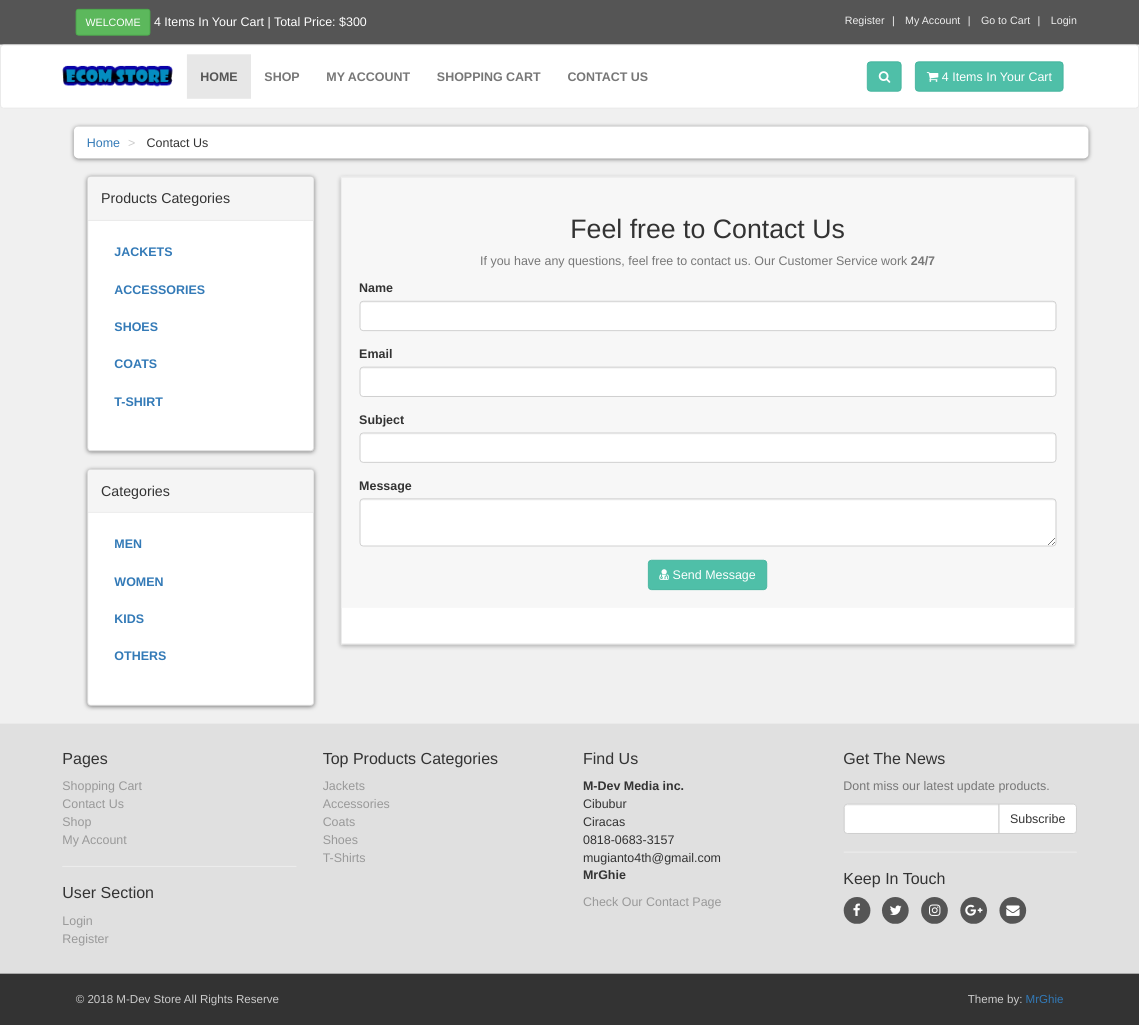
Repository: truonghuynhquy/M_Dev_Store
Page: http://localhost/contact.php
An editor plug-in stored every save of this project. The page is shown before and after the next save, followed by the edit.
The browser window is 1280 px wide. The pictures show the whole page, at 89% of full size.
The page is run by PHP 8.4 with error messages shown; the project is at /var/www/html/.

Above is the page before, as saved 2022-10-02 11:39:52.

### contact.php
<!DOCTYPE html>
<html lang="en">

<head>
    <meta charset="UTF-8">
    <meta http-equiv="X-UA-Compatible" content="IE=edge">
    <meta name="viewport" content="width=device-width, initial-scale=1.0">
    <title>M-Dev Shop</title>
    <link rel="stylesheet" href="styles/bootstrap-337.min.css">
    <link rel="stylesheet" href="styles/style.css">
    <link rel="stylesheet" href="font-awsome/css/font-awesome.min.css">
</head>

<body>
    <div id="top">
        <!--  Top:     Begin  -->

        <div class="container">
            <!--  Container:     Begin  -->
            <div class="col-md-6 offer">
                <!--  col-md-6 offer:     Begin  -->
                <a href="#" class="btn btn-success btn-sm">Welcome</a>
                <a href="checkout.php">4 Items In Your Cart | Total Price: $300</a>
            </div><!--  col-md-6:     Finish  -->

            <div class="col md-6">
                <!--  col-md-6:     Begin  -->

                <ul class="menu">
                    <!--  menu:     Begin  -->
                    <li>
                        <a href="customer_register.php">Register</a>
                    </li>
                    <li>
                        <a href="checkout.php">My Account</a>
                    </li>
                    <li>
                        <a href="cart.php">Go to Cart</a>
                    </li>
                    <li>
                        <a href="checkout.php">Login</a>
                    </li>

                </ul><!--  menu:     Finish  -->

            </div><!--  col-md-6:     Finish  -->

        </div><!--  Container:     Finish  -->

    </div><!--  Top:    Finish  -->

    <div id="navbar" class="navbar navbar-default">
        <!--  navbar navbar-default:    Begin  -->

        <div class="container">
            <!--  container:    Begin  -->

            <div class="nav-header">
                <!--  nav-header:    Begin  -->

                <a href="index.php" class="navbar-brand home">
                    <!-- navbar-brand home Begin -->

                    <img src="images/ecom-store-logo.png" alt="M-dev-Store Logo" class="hidden-xs">
                    <img src="images/ecom-store-logo-mobile.png" alt="M-dev-Store Logo Mobile" class="visible-xs">

                </a><!-- navbar-brand home Finish -->

                <button class="navbar-toggle" data-toggle="collapse" data-target="#navigation">

                    <span class="sr-only">Toggle navigation</span>

                    <i class="fa fa-align-justify"></i>

                </button>

                <button class="navbar-toggle" data-toggle="collapse" data-target="#search">

                    <span class="sr-only">Toggle Search</span>

                    <i class="fa fa-search"></i>

                </button>

            </div><!--  nav-header:    Finish  -->

            <div class="collapse navbar-collapse" id="navigation">
                <!-- navbar-collapse collapse Begin -->

                <div class="padding-nav">
                    <!-- padding-nav Begin -->

                    <ul class="nav navbar-nav left">
                        <!-- nav navbar-nav left Begin -->

                        <li class="active">
                            <a href="index.php">Home</a>
                        </li>
                        <li>
                            <a href="shop.php">Shop</a>
                        </li>
                        <li>
                            <a href="checkout.php">My Account</a>
                        </li>
                        <li>
                            <a href="cart.php">Shopping Cart</a>
                        </li>
                        <li>
                            <a href="contact.php">Contact Us</a>
                        </li>

                    </ul><!-- nav navbar-nav left Finish -->

                </div><!-- padding-nav Finish -->

                <a href="cart.php" class="btn navbar-btn btn-primary right">

                    <!-- btn navbar-btn btn-primary Begin -->

                    <i class="fa fa-shopping-cart"></i>

                    <span>4 Items In Your Cart</span>

                </a><!-- btn navbar-btn btn-primary Finish -->

                <div class="navbar-collapse collapse right">
                    <!-- navbar-collapse collapse right Begin -->

                    <button class="btn btn-primary navbar-btn" type="button" data-toggle="collapse" data-target="#search">
                        <!-- btn btn-primary navbar-btn Begin -->

                        <span class="sr-only">Toggle Search</span>

                        <i class="fa fa-search"></i>

                </div><!-- navbar-collapse collapse right Finish -->

                <div class="collapse clearfix" id="search">
                    <!-- collapse clearfix Begin -->

                    <form method="get" action="results.php" class="navbar-form">
                        <!-- navbar-form Begin -->

                        <div class="input-group">
                            <!-- input-group Begin -->

                            <input type="text" class="form-control" placeholder="Search" name="user_query" required>

                            <span class="input-group-btn">
                                <!-- input-group-btn Begin -->

                                <button type="submit" name="search" value="Search" class="btn btn-primary">
                                    <!-- btn btn-primary Begin -->

                                    <i class="fa fa-search"></i>

                                </button><!-- btn btn-primary Finish -->

                            </span><!-- input-group-btn Finish -->

                        </div><!-- input-group Finish -->

                    </form><!-- navbar-form Finish -->

                </div><!-- collapse clearfix Finish -->

            </div><!-- navbar-collapse collapse Finish -->

        </div><!--  container:    Finish  -->

    </div><!--  navbar navbar-default:    Finish  -->

    <div id="content">
        <!-- #content Begin -->

        <div class="container">
            <!-- #container Begin -->

            <div class="co-md-12">
                <!-- col-md-12 Begin -->

                <ul class="breadcrumb">
                    <!-- breadcrumb Begin -->
                    <li>
                        <a href="index.html">Home</a>
                    </li>
                    <li>
                        Contact Us
                    </li>
                </ul><!-- breadcrumb Finish -->

            </div><!-- col-md-12 Finish -->

            <div class="col-md-3">
                <!-- col-md-3 Begin -->

                <?php

                include("includes/sidebar.php");

                ?>

            </div><!-- col-md-3 Finish -->

            <div class="col-md-9">
                <!-- col-md-9 Begin -->

                <div class="box">
                    <!-- box Begin -->

                    <div class="box-header">
                        <!-- box-header Begin -->

                        <center>
                            <!-- center Begin -->

                            <h2>Feel free to Contact Us</h2>

                            <p class="text-muted">

                                If you have any questions, feel free to contact us. Our Customer Service work <strong>24/7</strong>
                            </p>

                        </center><!-- center Finish -->

                        <form action="contact.php" method="post">
                            <!-- form Begin -->

                            <div class="form-group">
                                <!-- form-group Begin -->

                                <label>Name</label>

                                <input type="text" class="form-control" name="name" required>

                            </div><!-- form-group Finish -->

                            <div class="form-group">
                                <!-- form-group Begin -->

                                <label>Email</label>

                                <input type="text" class="form-control" name="email" required>

                            </div><!-- form-group Finish -->

                            <div class="form-group">
                                <!-- form-group Begin -->

                                <label>Subject</label>

                                <input type="text" class="form-control" name="subject" required>

                            </div><!-- form-group Finish -->

                            <div class="form-group">
                                <!-- form-group Begin -->

                                <label>Message</label>

                                <textarea name="message" class="form-control"></textarea>

                            </div><!-- form-group Finish -->

                            <div class="text-center">
                                <!-- text-center Begin -->

                                <button type="submit" name="submit" class="btn btn-primary">

                                    <i class="fa fa-user-md"></i>   Send Message

                                </button>

                            </div><!-- text-center Finish -->

                        </form><!-- form Finish -->

                    </div><!-- box-header Finish -->

                </div><!-- box Finish -->

            </div><!-- col-md-9 Finish -->

        </div><!-- #container Finish -->

    </div><!-- #content Finish -->

    <?php

    include("includes/footer.php");

    ?>

    <script src="js/jquery-331.min.js"></script>
    <script src="js/bootstrap-337.min.js"></script>


</body>

</html>

### includes/sidebar.php
<div class="panel panel-default sidebar-menu">
    <!-- panel panel-default sidebar-menu Begin -->

    <div class="panel-heading">
        <!-- panel-heading Begin -->

        <h3 class="panel-title">Products Categories</h3>

    </div><!-- panel-heading Finish -->

    <div class="panel-body">
        <!-- panel-body Begin -->

        <ul class="nav nav-pills nav-stacked category-menu">
            <!-- nav nav-pills nav-stacked category-menu Begin -->

            <li><a href="#">Jackets</a></li>
            <li><a href="#">Accessories</a></li>
            <li><a href="#">Shoes</a></li>
            <li><a href="#">Coats</a></li>
            <li><a href="#">T-Shirt</a></li>

        </ul><!-- nav nav-pills nav-stacked category-menu Finish -->

    </div><!-- panel-body Finish -->

</div><!-- panel panel-default sidebar-menu Finish -->

<div class="panel panel-default sidebar-menu">
    <!-- panel panel-default sidebar-menu Begin -->

    <div class="panel-heading">
        <!-- panel-heading Begin -->

        <h3 class="panel-title">Categories</h3>

    </div><!-- panel-heading Finish -->

    <div class="panel-body">
        <!-- panel-body Begin -->

        <ul class="nav nav-pills nav-stacked category-menu">
            <!-- nav nav-pills nav-stacked category-menu Begin -->

            <li><a href="#">Men</a></li>
            <li><a href="#">Women</a></li>
            <li><a href="#">Kids</a></li>
            <li><a href="#">Others</a></li>

        </ul><!-- nav nav-pills nav-stacked category-menu Finish -->

    </div><!-- panel-body Finish -->

</div><!-- panel panel-default sidebar-menu Finish -->

### includes/footer.php
<div id="footer">
    <!-- #footer Begin -->

    <div class="container">
        <!-- container Begin -->

        <div class="row">
            <!-- row Begin -->

            <div class="col-sm-6 col-md-3">
                <!-- col-sm-6 col-md-3 Begin -->

                <h4>Pages</h4>

                <ul>
                    <!-- ul Begin -->
                    <li><a href="cart.php">Shopping Cart</a></li>
                    <li><a href="contact.php">Contact Us</a></li>
                    <li><a href="shop.php">Shop</a></li>
                    <li><a href="checkout.php">My Account</a></li>
                </ul><!-- ul Finish -->

                <hr>

                <h4>User Section</h4>

                <ul>
                    <!-- ul Begin -->
                    <li><a href="checkout.php">Login</a></li>
                    <li><a href="customer_register.php">Register</a></li>
                </ul><!-- ul Finish -->

                <hr class="hidden-md hidden-lg hidden-sm">

            </div><!-- col-sm-6 col-md-3 Finish -->

            <div class="com-sm-6 col-md-3">
                <!-- col-sm-6 col-md-3 Begin -->

                <h4>Top Products Categories</h4>

                <ul>
                    <!-- ul Begin -->
                    <li><a href="#">Jackets</a></li>
                    <li><a href="#">Accessories</a></li>
                    <li><a href="#">Coats</a></li>
                    <li><a href="#">Shoes</a></li>
                    <li><a href="#">T-Shirts</a></li>
                </ul><!-- ul Finish -->

                <hr class="hidden-md hidden-lg">

            </div><!-- col-sm-6 col-md-3 Finish -->

            <div class="col-sm-6 col-md-3">
                <!-- col-sm-6 col-md-3 Begin -->

                <h4>Find Us</h4>

                <p>
                    <!-- p Start -->

                    <strong>M-Dev Media inc.</strong>
                    <br />Cibubur
                    <br />Ciracas
                    <br />0818-0683-3157
                    <br />mugianto4th@gmail.com
                    <br /><strong>MrGhie</strong>

                </p><!-- p Finish -->

                <a href="contact.php">Check Our Contact Page</a>

                <hr class="hidden-md hidden-lg">

            </div><!-- col-sm-6 col-md-3 Finish -->

            <div class="col-sm-6 col-md-3">

                <h4>Get The News</h4>

                <p class="text-muted">
                    Dont miss our latest update products.
                </p>

                <form action="" method="post">
                    <!-- form begin -->
                    <div class="input-group">
                        <!-- input-group begin -->

                        <input type="text" class="form-control" name="email">

                        <span class="input-group-btn">
                            <!-- input-group-btn begin -->

                            <input type="submit" value="Subscribe" class="btn btn-default">

                        </span><!-- input-group-btn Finish -->

                    </div><!-- input-group Finish -->

                </form><!-- form Finish -->

                <hr>

                <h4>Keep In Touch</h4>

                <p class="social">
                    <a href="#" class="fa fa-facebook"></a>
                    <a href="#" class="fa fa-twitter"></a>
                    <a href="#" class="fa fa-instagram"></a>
                    <a href="#" class="fa fa-google-plus"></a>
                    <a href="#" class="fa fa-envelope"></a>
                </p>

            </div><!-- col-sm-6 col-md-3 Finish -->

        </div><!-- row Finish -->

    </div><!-- container Finish -->

</div><!-- #footer Finish -->

<div id="copyright">
    <!-- #copyright Begin -->

    <div class="container">
        <!-- container Begin -->

        <div class="col-md-6">
            <!-- col-md-6 Begin -->

            <p class="pull-left">&copy; 2018 M-Dev Store All Rights Reserve</p>

        </div><!-- col-md-6 Finish -->

        <div class="col-md-6">
            <!-- col-md-6 Begin -->

            <p class="pull-right">Theme by: <a href="#">MrGhie</a></p>

        </div><!-- col-md-6 Finish -->

    </div><!-- container Finish -->

</div><!-- #copyright Finish -->

### styles/style.css
/* General Styles */

body {
    font-size: 14px;
    line-height: 1.42857143;
    color: #333333;
    background: #f0f0f0;
    overflow-x: hidden;
}

/* Top Styles */

#top {
    background: #555555;
    padding: 10px 0;
}
#top .offer {
    color: #ffffff;
}
#top .offer .btn {
    text-transform: uppercase;
}
@media (max-width: 991px) {
    #top .offer {
        margin-bottom: 10px;
    }
}
@media (max-width: 991px) {
    #top {
        font-size: 12px;
        text-align: center;
    }
}
#top a {
    color: #ffffff;
}
#top ul.menu {
    padding-top: 5px;
    margin: 0px;
    text-align: right;
    font-size: 12px;
    list-style: none;
}
@media (max-width: 991px) {
    #top ul.menu {
        text-align: center;
    }
}
#top ul.menu > li {
    display: inline-block;
}
#top ul.menu > li a {
    color: #eeeeee;
}
#top ul.menu > li + li:before {
    content: "|\00a0";
    color: #f7f7f7;
    padding: 0 5px;
}

/* Header Styles */

.navbar {
    background: #ffffff;
}
.navbar-collapse .right {
    float: right;
}
.navbar-brand {
    float: left;
    padding: 10px 15px;
    font-size: 18px;
    line-height: 20px;
    height: 70px;
}
.navbar-brand:hover,
.navbar-brand:focus {
    text-decoration: none;
}
.navbar ul.nav > li > a {
    text-transform: uppercase;
    font-weight: bold;
    font-size: 14px;
}
.navbar ul.nav > li > a:hover {
    background: #e7e7e7;
}
.padding-nav {
    padding-top: 10px;
}
.btn-primary {
    color: rgb(255, 255, 255);
    background: rgb(79, 191, 168);
    border-color: rgb(65, 179, 156);
}
#search .navbar-form {
    float: right;
}
#search {
    clear: both;
    border-top: solid 1px #9adacd;
    text-align: right;
}
#search .navbar-form .input-group {
    display: table;
}
#search .navbar-form .input-group .form-control {
    width: 100%;
}
#slider {
    margin-bottom: 40px;
}

/* advantages Styles */

#advantages {
    text-align: center;
}
.box {
    background: #ffffff;
    margin: 0 0 30px;
    border: solid 1px #e6e6e6;
    box-sizing: border-box;
    padding: 20px;
    box-shadow: 0px 2px 5px rgba(0, 0, 0, 0.3);
}
#advantages .box .icon {
    position: absolute;
    font-size: 120px;
    width: 100%;
    text-align: center;
    top: -20px;
    left: 0px;
    height: 100%;
    float: left;
    color: #dadada;
    box-sizing: border-box;
    z-index: 1;
}
#advantages .box h3 {
    position: relative;
    margin: 0 0 20px;
    font-weight: 300;
    text-transform: uppercase;
    z-index: 2;
}
#advantages .box h3 a {
    color: #4fbfa8;
}
#advantages .box h3 a:hover {
    text-decoration: none;
}
#advantages .box p {
    position: relative;
    z-index: 2;
    color: #555555;
}

/* Latest Products Styles */

#hot h2 {
    font-size: 36px;
    font-weight: 400;
    color: #4fbfa8;
    text-align: center;
    text-transform: uppercase;
}
#content {
    padding-left: 25px;
}
.single{
    width: 290px;
}
@media (max-width: 768px) {
    .single {
        width: 60%;
        margin: 0 auto;
    }
}
#content .product {
    background: #ffffff;
    border: solid 1px #e6e6e6;
    margin-bottom: 30px;
    box-sizing: border-box;
}
#content .product .text {
    padding: 10px 10px 0px;
}
#content .product .text p.price {
    font-size: 18px;
    text-align: center;
    font-weight: 400;
}
#content .product .text h3 {
    text-align: center;
    font-size: 20px;
}
#content .product .text .button {
    text-align: center;
    clear: both;
}
#content .product .text .button .btn {
    margin-bottom: 10px;
}
#content .product .text h3 a {
    color: rgb(85, 85, 85);
}

/*  Breadcrumb Styles  */

.breadcrumb {
    padding: 8px 15px;
    margin-bottom: 20px;
    background: #ffffff;
    border-radius: 5px;
    box-shadow: 0px 1px 5px rgba(0, 0, 0, 0.5);
}
.breadcrumb > li + li:before {
    content: ">\00a0";
    color: #cccccc;
}
@media (max-width: 991px) {
    .breadcrumb {
        padding: 8px 0px;
        text-align: center;
    }
}

/*  Products Categories & Categories Styles */

#content .panel.sidebar-menu {
    box-sizing: border-box;
    box-shadow: 0px 1px 5px rgba(0, 0, 0, 0.5);
}
#content .panel.sidebar-menu ul.nav.category-menu {
    margin-bottom: 20px;
}
#content .panel.sidebar-menu ul.nav.category-menu li a {
    text-transform: uppercase;
    font-weight: 600;
}
#content .panel.sidebar-menu h3 {
    padding: 5px 0px;
    margin: 0px;
}

/*  Shop Products Tyles  */

@media (max-width: 768px) {
    .center-responsive {
        width: 70%;
        margin: 0px auto;
    }
}
@media (max-width: 550px) {
    .center-responsive {
        width: 95%;
        margin: 0px auto;
    }
}

/*  Details.php Styles */

#content #productMain{
    margin-bottom: 30px;
}
#content #productMain .price{
    font-size: 30px;
    font-weight: 300;
    text-align: center;
    margin-top: 30px;
}
#content #mainImage{
    box-shadow: 0px 1px 5px rgba(0, 0, 0, .7);
}
#content #thumbs a{
    display: block;
    box-shadow: 0px 1px 5px rgba(0, 0, 0, .5);
    border: 2px solid transparent;
}
#content .headline{
    height: 305px;
}

/*  Cart.php Styles  */

#content #cart .table tbody tr td img{
    width: 50px;
}
#content #cart .table tbody tr td input{
    width: 40px;
    text-align: right;
}
#content #cart .table tbody tr td{
    vertical-align: middle;
}
#content #cart .table tfoot{
    font-size: 18px;
}
.box .box-footer{
    background-color: #f7f7f7;
    margin: 30px -20px 20px;
    padding: 20px;
    border-top: 1px solid #eeeeee;
}
.box .box-footer:before,
.box .box-footer:after{
    content: "";
    display: table;
}
.box .box-footer:after{
    clear: both;
}
.box .box-header{
    background-color: #f7f7f7;
    margin: -20px -20px 20px;
    padding: 20px;
    border-top: 1px solid #eeeeee;
}
#content #order-summary table{
    margin-top: 20px;
}
#content #order-summary table td{
    color: #999999;
}
#content #order-summary table tr.total td,
#content #order-summary table tr.total th{
    font-size: 18px;
    color: #555555;
    font-weight: 700;
}






/*  Footer Styles  */

#footer {
    background: #e0e0e0;
    padding: 20px 0;
}
#footer a {
    color: #999999;
    padding: 0;
    text-decoration: none;
}
#footer a:hover {
    color: #666666;
}
#footer ul {
    list-style: none;
    padding-left: 0px;
}
#footer .social {
    text-align: left;
}
#footer .social a {
    margin: 0px 10px 0px 0px;
    display: inline-block;
    color: #ffffff;
    width: 30px;
    height: 30px;
    border-radius: 15px;
    line-height: 30px;
    font-size: 15px;
    text-align: center;
    vertical-align: bottom;
    background: #555555;
    text-decoration: none;
}
#footer .social a:hover {
    color: #dedede;
    background: #777777;
}

/*  Copyright Styles  */

#copyright {
    background: #333333;
    color: #cccccc;
    padding: 20px 0px;
    font-size: 13px;
}
#copyright p {
    margin: 0px;
}

Loaded but not shown: styles/bootstrap-337.min.css (library); font-awsome/css/font-awesome.min.css (library); js/jquery-331.min.js (library); js/bootstrap-337.min.js (library)

After the next save:
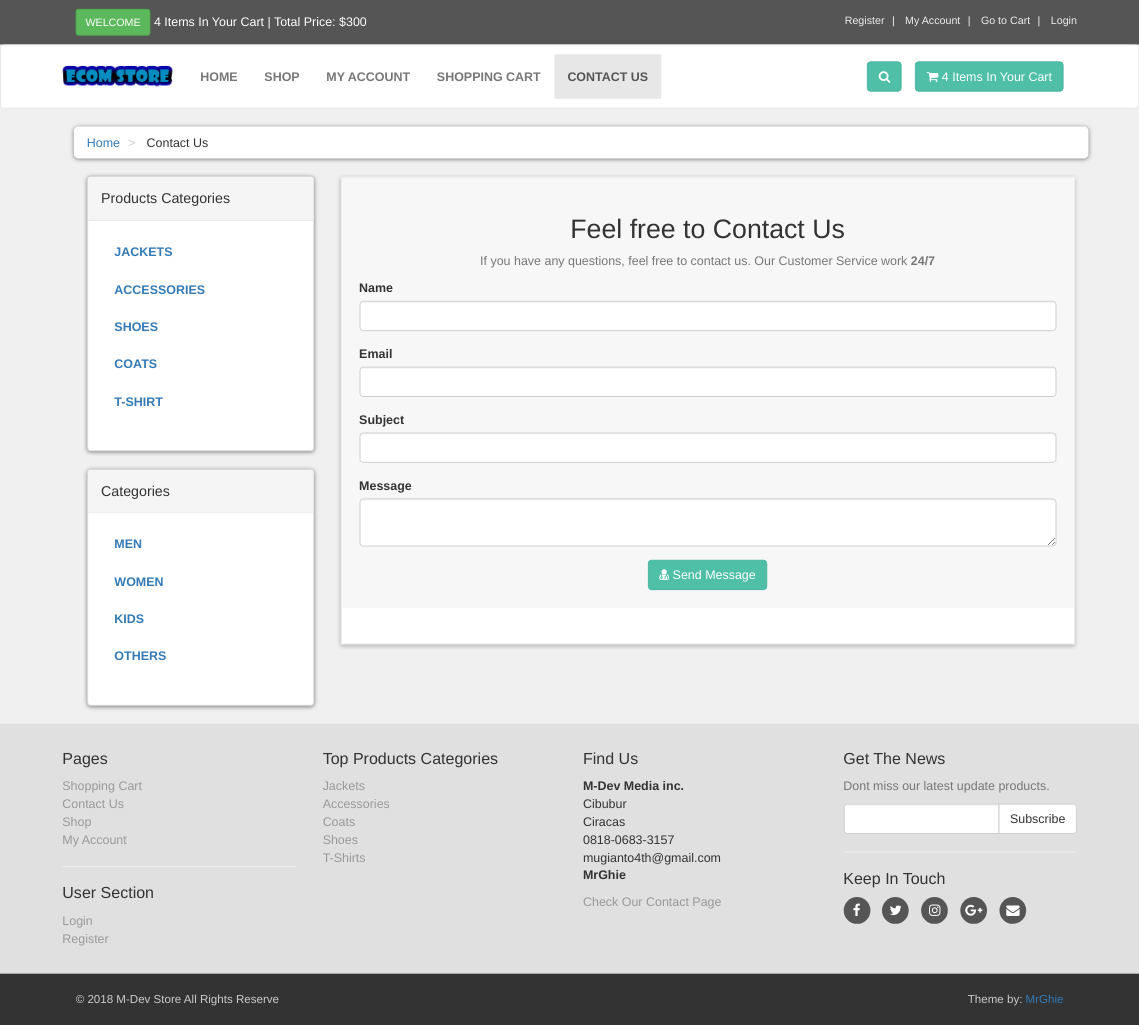
Saved 2 min 1 s later.
--- a/contact.php
+++ b/contact.php
@@ -93,7 +93,7 @@
                     <ul class="nav navbar-nav left">
                         <!-- nav navbar-nav left Begin -->
 
-                        <li class="active">
+                        <li >
                             <a href="index.php">Home</a>
                         </li>
                         <li>
@@ -105,7 +105,7 @@
                         <li>
                             <a href="cart.php">Shopping Cart</a>
                         </li>
-                        <li>
+                        <li class="active">
                             <a href="contact.php">Contact Us</a>
                         </li>
 
